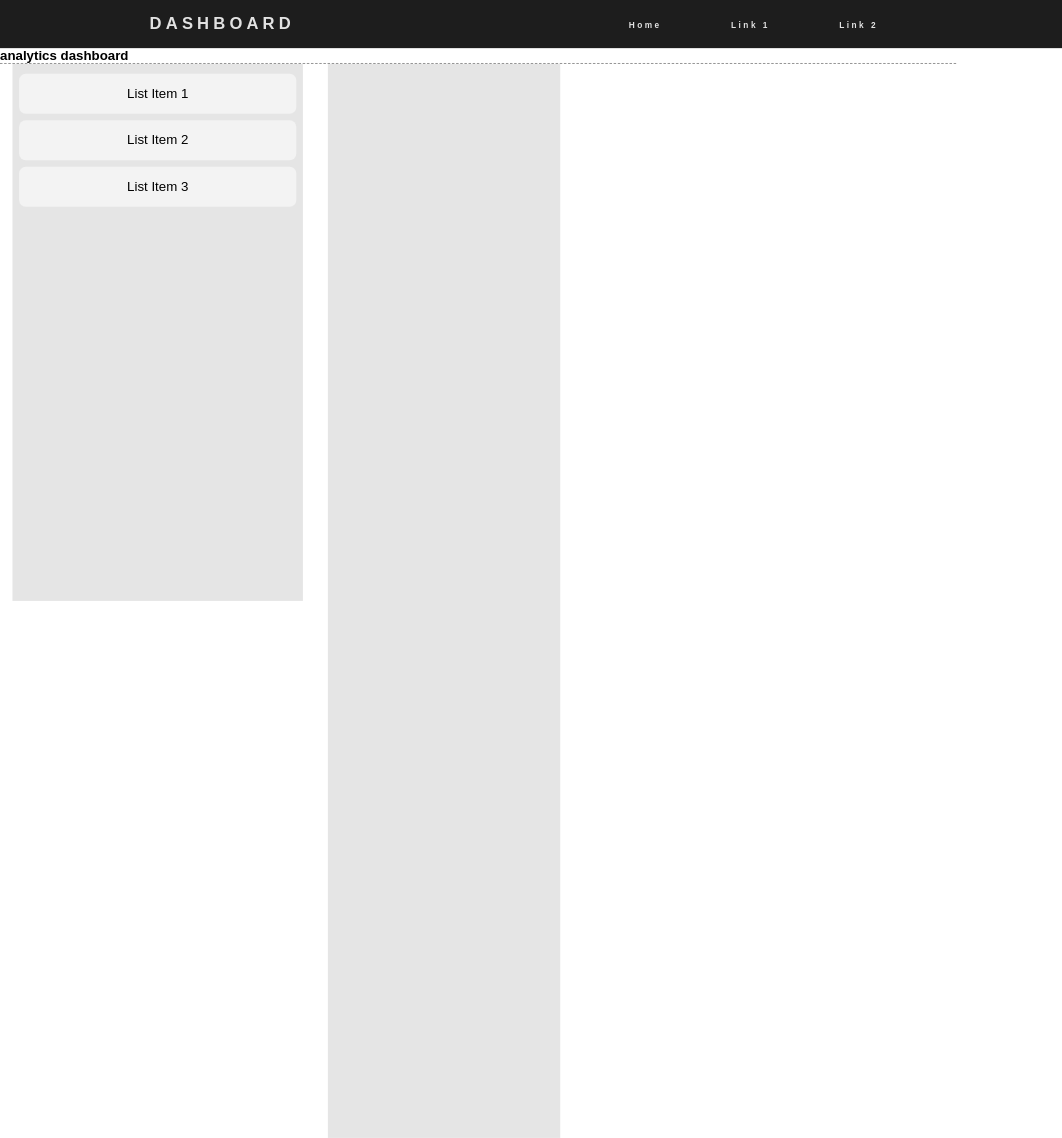
Repository: nourabdelhakam/drag-drop
Page: index.html
An editor plug-in stored every save of this project. The page is shown before and after the next save, followed by the edit.
The browser window is 1280 px wide. The pictures show the whole page, at 83% of full size.

Above is the page before, as saved 2020-07-03 08:17:58.

### index.html
<!DOCTYPE html>
<html lang="en">
<head>
    <meta charset="UTF-8">
    <meta name="viewport" content="width=device-width, initial-scale=1.0">
    <meta http-equiv="X-UA-Compatible" content="ie=edge">
    <title>Drag & Drop</title>
    <link rel="stylesheet" href="nav/nav.css">
    <link rel="stylesheet" href="css/main.css">
</head>
<body>

    <!-- <nav> -->
        <nav>
            <div class="logo">
                <h4>Dashboard</h4>
            </div>
            <ul class="nav-links">
                <li><a href="">Home</a></li>
                <li><a href="">Link 1</a></li>
                <li><a href="">Link 2</a></li>
            </ul>
            <div class="burger">
                <div class="line1"></div>
                <div class="line2"></div>
                <div class="line3"></div>
            </div>
        </nav>
      <!-- </nav> end of nav -->

      <section>
          <h4>analytics dashboard </h4>
          <div class="container">
            <div class="lists">
                <div class=" left list">
                    <div class="list-item" draggable="true">List Item 1</div>
                    <div class="list-item" draggable="true">List Item 2</div>
                    <div class="list-item" draggable="true">List Item 3</div>
                </div>
                <div class="right">
                    <div class="list"></div>
                    <div class="list"></div>
                </div>
            </div>
        </div>
      </section>


    <script src="main.js" type="text/javascript"></script>
    <script src="nav/nav.js" type="text/javascript"></script>
</body>
</html>

### nav/nav.css
nav {
    display: flex;
    justify-content: space-around;
    align-items: center;
    min-height: 8vh;
    background-color: #1D1D1D;
    font-family: "Poppins", sans-serif;
}
.logo {
    color: rgb(226, 226, 226);
    text-transform: uppercase;
    letter-spacing: 5px;
    font-size: 20px;
}
.nav-links {
    display: flex;
    justify-content: space-around;
    width: 30%;
}
.nav-links li {
    list-style: none;
}
.nav-links a {
    color: rgb(226, 226, 226);
    text-decoration: none;
    letter-spacing: 3px;
    font-weight: bold;
    font-size: 10px;
}
.burger {
    display: none;
    cursor: pointer;
}
.burger div {
    width: 25px;
    height: 3px;
    background-color: rgb(226, 226, 226);
    margin: 5px;
    transition: all 0.3s ease;
}


@media screen and (max-width:1024px) {
    .nav-links {
        width: 60%;
    }
}

@media screen and (max-width:768px) {

    body {
        overflow-x: hidden;
    }
    .nav-links {
        position: absolute;
        right: 0px;
        height: 92vh;
        top: 8vh;
        background-color: #1D1D1D;
        display: flex;
        flex-direction: column;
        align-items: center;
        width: 50%;
        transform: translatex(100%);
        transition: transform 0.5s ease-in;
    }
    .nav-links li {
        opacity: 0;
    }
    .burger {
        display: block;
    }
}

.nav-active {
    transform: translatex(0%);
}

@keyframes navLinkFade {
    from {
        opacity: 0;
        transform: translatex(50%);
    }
    to {
        opacity: 1;
        transform: translatex(0%);
    }
}

.toggle .line1 {
    transform: rotate(-45deg) translate(-5px, 6px);
}
.toggle .line2 {
    opacity: 0;
}
.toggle .line3 {
    transform: rotate(45deg) translate(-5px, -6px);
}

.landing {
    height: 90vh;
    display: flex;
    justify-content: center;
    align-items: center;
}
.landing h1 {
    margin: 100px;
    font-size: 50px;
    color: #ae5fce;
}

### css/main.css
* {
    margin: 0;
    padding: 0;
    box-sizing: border-box;
}
body {
    font-family: Arial, Helvetica, sans-serif;
}
.container {
    display: flex;
    flex-flow: column;
    width: 90vw;
    height: 90vh;
    border-top: 1px dashed gray;
}
.lists {
    display: flex;
    flex: 1;
    width: 100%;
    /* overflow: scroll; */
}
.lists .list {
    display: flex;
    flex-flow: column;
    flex: 1;

    width: 100%;
    min-width: 250px;
    max-width: 350px;
    height: 100%;
    min-height: 150px;

    background-color: rgba(0, 0, 0, 0.1);
    margin: 0 15px;
    padding: 8px;
    transition: all 0.2s linear;
}
.lists  .left {
    background-color: none;
}
.lists .list .list-item {
    background-color: #F3F3F3;
    border-radius: 8px;
    padding: 15px 20px;
    text-align: center;
    margin: 4px 0;
}

### main.js
const list_items = document.querySelectorAll('.list-item');
const lists = document.querySelectorAll('.list');

let draggedItem = null;

for (let i = 0; i < list_items.length; i++) {
	const item = list_items[i];

	item.addEventListener('dragstart', function () {
		draggedItem = item;
		setTimeout(function () {
			item.style.display = 'none';
		}, 0)
	});

	item.addEventListener('dragend', function () {
		setTimeout(function () {
			draggedItem.style.display = 'block';
			draggedItem = null;
		}, 0);
	})

	for (let j = 0; j < lists.length; j ++) {
		const list = lists[j];

		list.addEventListener('dragover', function (e) {
			e.preventDefault();
		});

		list.addEventListener('dragenter', function (e) {
			e.preventDefault();
			this.style.backgroundColor = 'rgba(0, 0, 0, 0.2)';
		});

		list.addEventListener('dragleave', function (e) {
			this.style.backgroundColor = 'rgba(0, 0, 0, 0.1)';
		});

		list.addEventListener('drop', function (e) {
			console.log('drop');
			this.append(draggedItem);
			this.style.backgroundColor = 'rgba(0, 0, 0, 0.1)';
		});
	}
}

### nav/nav.js
const navSlide = () => {
    const burger = document.querySelector('.burger');
    const nav = document.querySelector('.nav-links');
    const navLinks = document.querySelectorAll('.nav-links li');


    burger.addEventListener('click', () => {

        //Toggle Nav
        nav.classList.toggle('nav-active');

        //Animate Links
        navLinks.forEach((link, index) => {

            if (link.style.animation) {
                link.style.animation = '';
            } else {
                link.style.animation = `navLinkFade 0.5s ease forwards ${index / 7 + 0.3}s`;
            }

        });

        //Burger Animation
        burger.classList.toggle('toggle');
    });

}

navSlide();

After the next save:
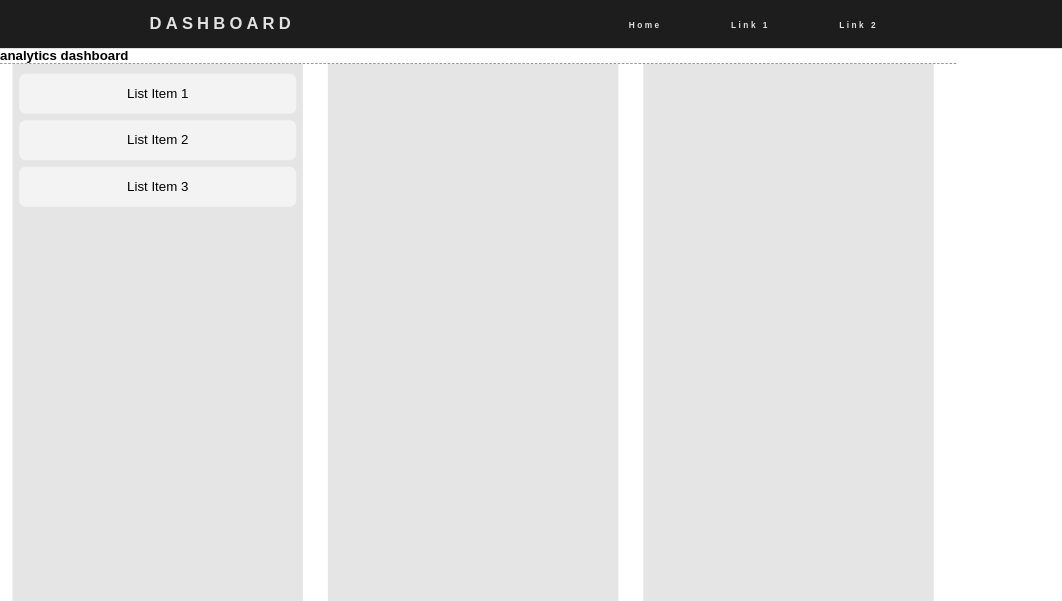
Saved 30 s later.
--- a/index.html
+++ b/index.html
@@ -37,10 +37,8 @@
                     <div class="list-item" draggable="true">List Item 2</div>
                     <div class="list-item" draggable="true">List Item 3</div>
                 </div>
-                <div class="right">
-                    <div class="list"></div>
-                    <div class="list"></div>
-                </div>
+                <div class="list"></div>
+                <div class="list"></div>
             </div>
         </div>
       </section>
